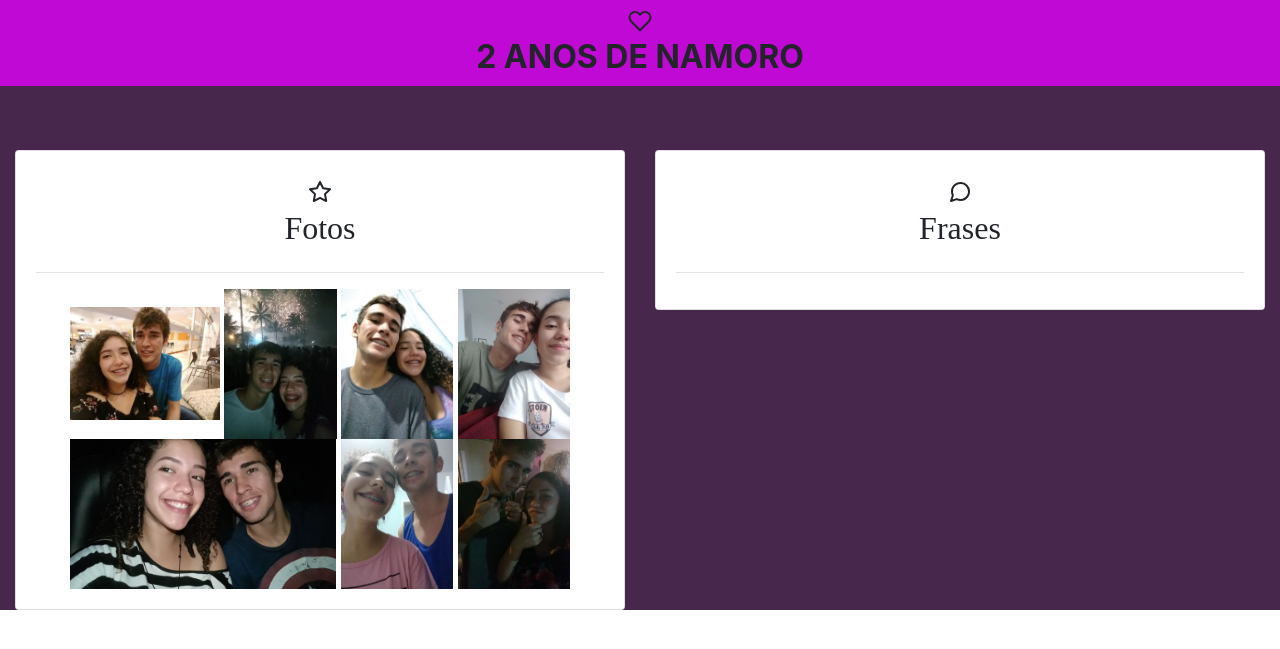
Repository: MeuAmor/meuamor.github.io
Page: index.html
The author's editor kept a copy of each file at every save. The page is drawn from the files as they stood at one save, then again after the next save.
The browser window is 1280 px wide. The pictures show the whole page.

Above is the page before, as saved 2019-08-20 23:06:55.

After the next save:
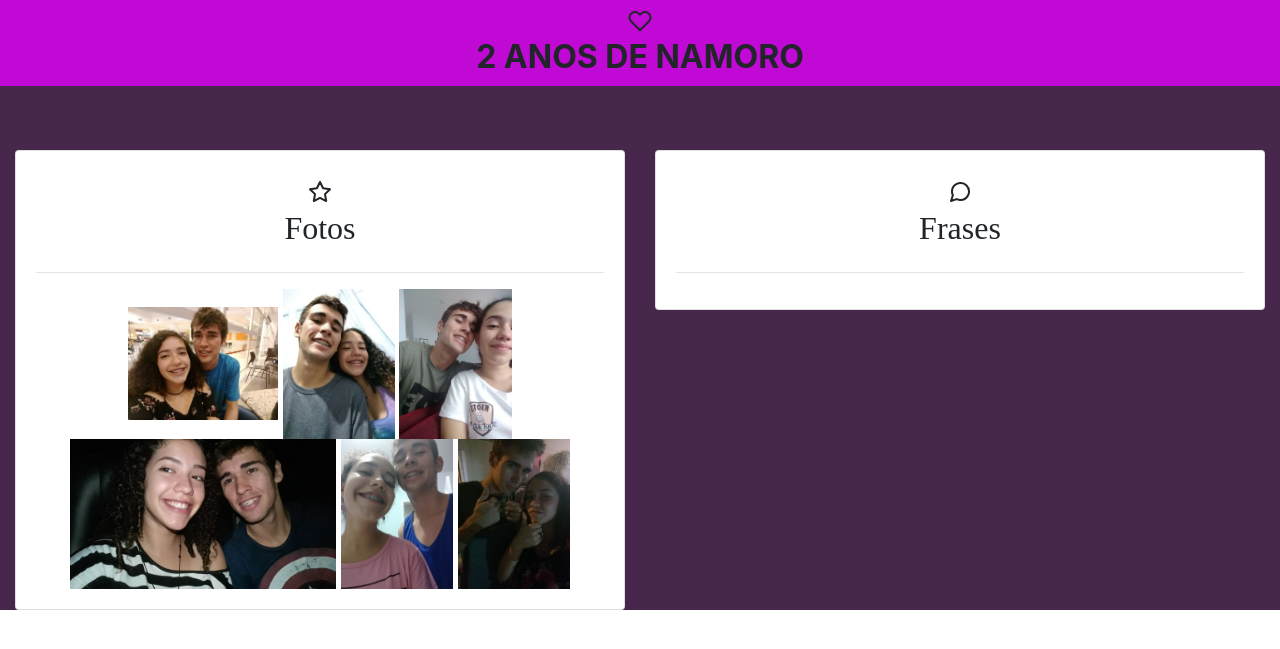
Saved 21 s later.
--- a/index.html
+++ b/index.html
@@ -91,7 +91,7 @@
                 Primeira foto juntos<br> -->
                 <div class="text-center">
                     <img src="imagens/primeira_foto.jpg" alt="Primeira Foto" width="150px;">
-                    <img src="imagens/segunda_foto.jpg" alt="Segunda Foto" height="150px;">
+                    <!-- <img src="imagens/segunda_foto.jpg" alt="Segunda Foto" height="150px;"> -->
                     <img src="imagens/terceira_foto.jpg" alt="Terceira Foto" height="150px;">
                     <img src="imagens/quarta_foto.jpg" alt="Quarta Foto" height="150px;">
                     <img src="imagens/2.jpg" alt="" height="150px;">
